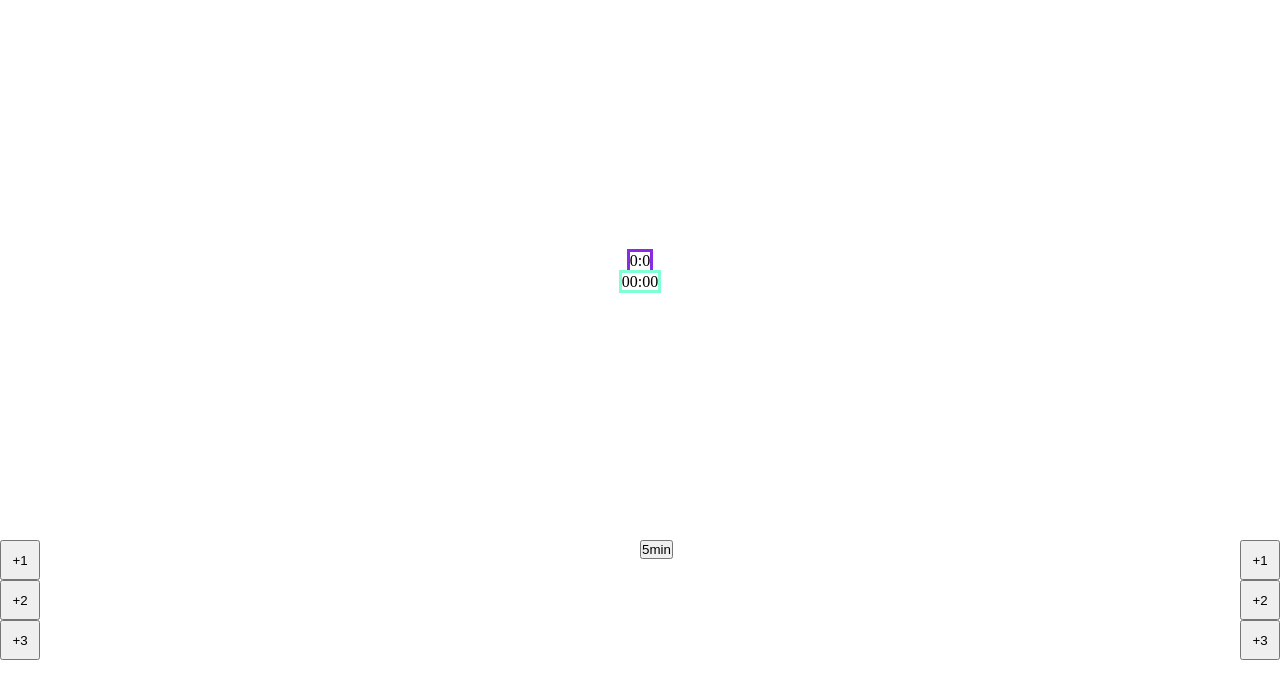
Repository: bollo89/scoreBoard
Page: index.html
These files come from the project's save history. The page is drawn as it stood at one moment and after the next save; the edit follows.
The browser window is 1280 px wide. The pictures show the whole page.

Above is the page before, as saved 2022-01-25 14:39:40.

After the next save:
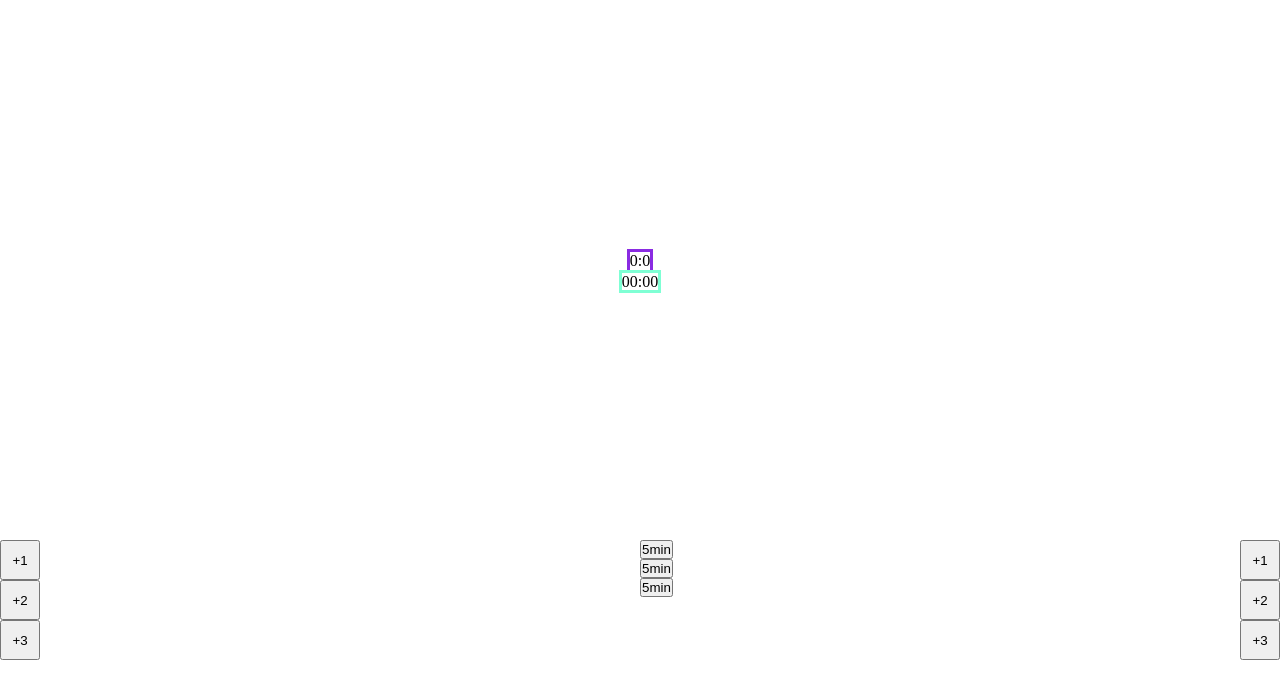
Saved 80 s later.
--- a/index.html
+++ b/index.html
@@ -24,6 +24,8 @@
         </div>
         <div class="centralMenu">
             <button class="btnTimer5min">5min</button>
+            <button class="btnTimer5min">5min</button>
+            <button class="btnTimer5min">5min</button>
         </div>
         <div class="btnsA">
             <div><button class="btn1a">+1</button></div>
